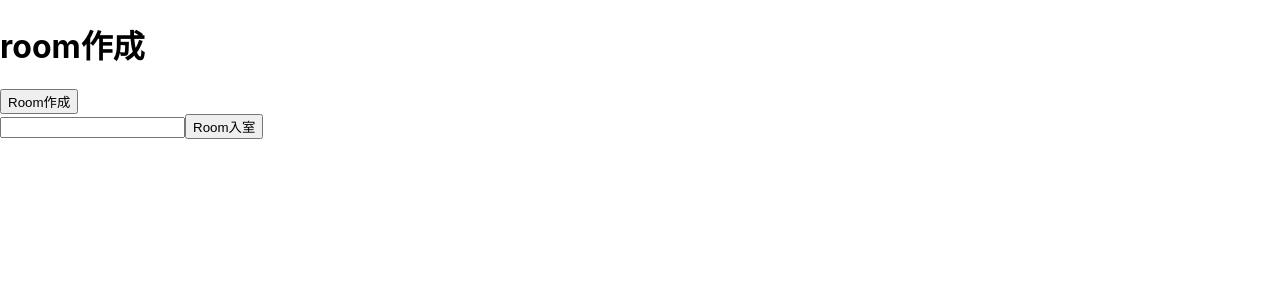
Repository: akanation4/adjust
Page: /room (app in adjust_react2/)
An editor plug-in stored every save of this project. The page is shown before and after the next save, followed by the edit.
The browser window is 1280 px wide. The pictures show the whole page.
The project was rebuilt for these pictures with package versions that can differ from the ones it lists, and the page was loaded fresh each time. Also part of the build but not shown: adjust_react2/src/App.css, adjust_react2/src/Login.js, adjust_react2/src/RoomPage.js.

Above is the page before, as saved 2023-02-01 15:40:09.

After the next save:
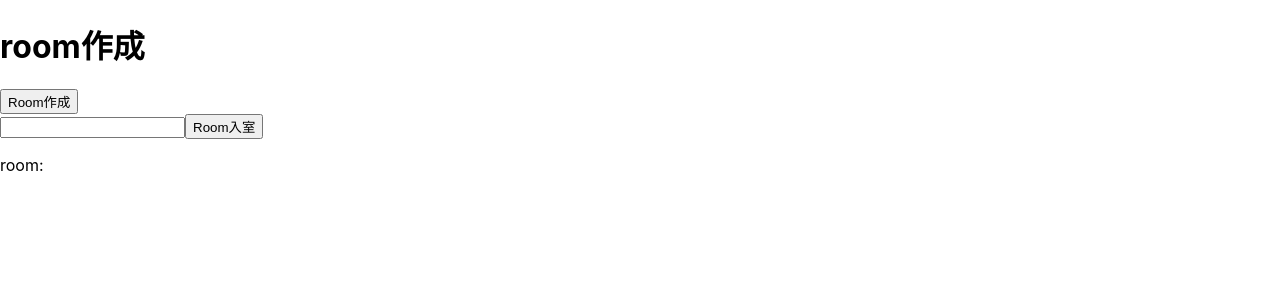
Saved 8 s later.
--- a/adjust_react2/src/Room.js
+++ b/adjust_react2/src/Room.js
@@ -26,7 +26,7 @@ export default function Room() {
             <form onSubmit={() => JoinRoom({pass})}>
                 <input value={pass} type="text" required />
                 <button onclick={onClick} type='submit'>Room入室</button>
-                <p></p>
+                <p>room:</p>
             </form>
 
         );
